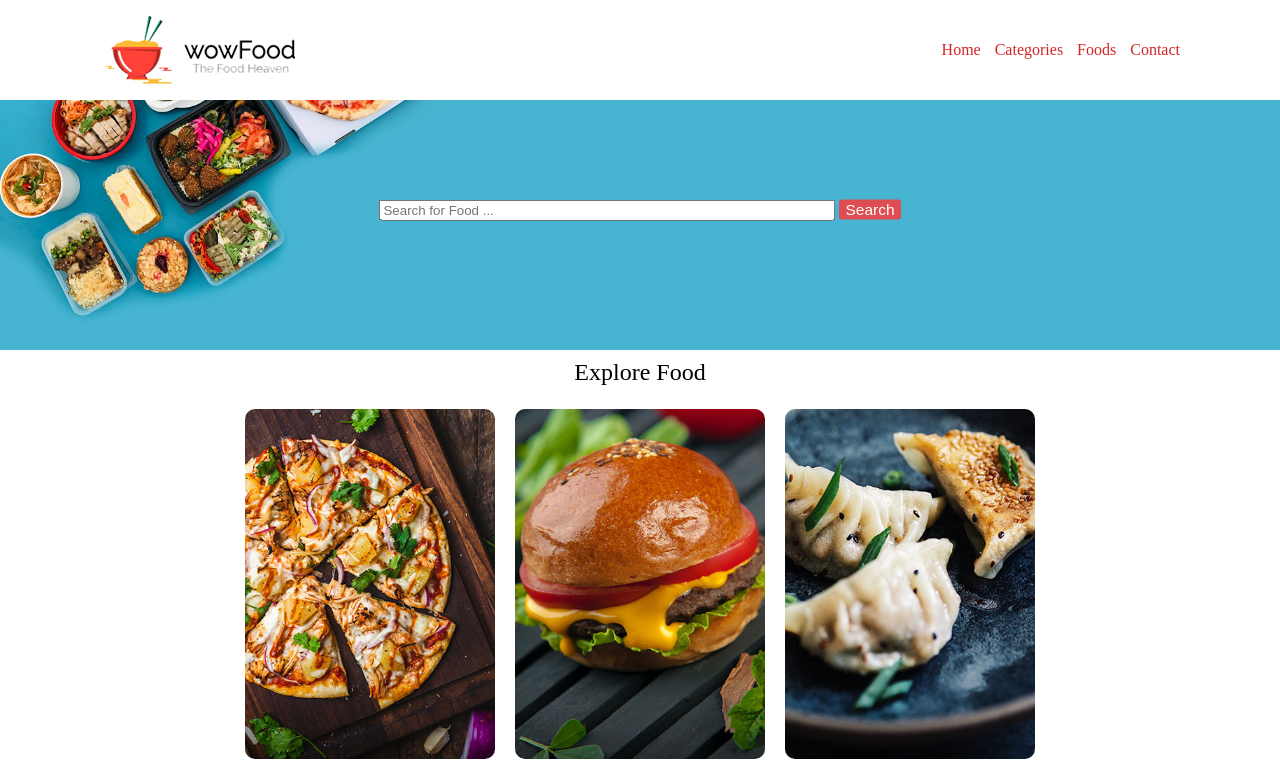
Repository: ruaruababa/WowFood
Page: index.html
These files come from the project's save history. The page is drawn as it stood at one moment and after the next save; the edit follows.
The browser window is 1280 px wide. The pictures show the whole page.

Above is the page before, as saved 2021-09-17 23:15:14.

After the next save:
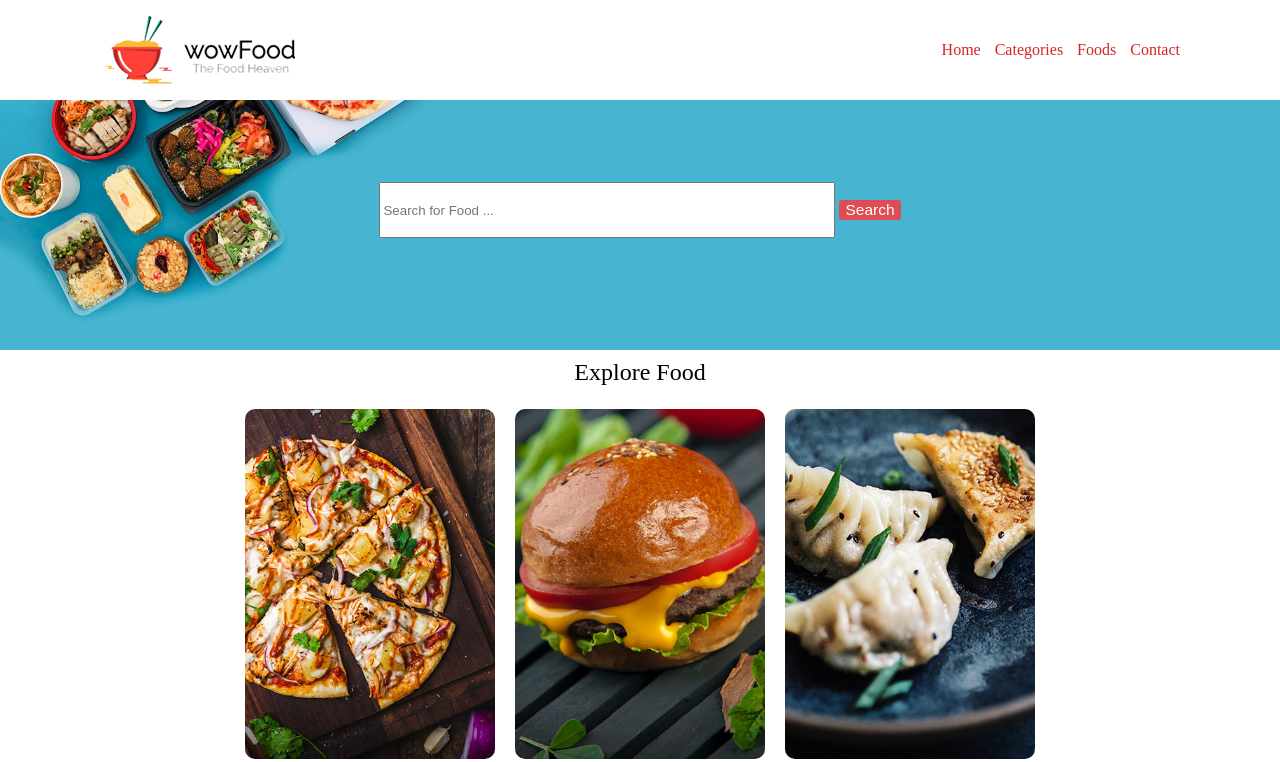
Saved 9 s later.
--- a/style.css
+++ b/style.css
@@ -55,7 +55,7 @@ nav{
 }
 .input-search{
     width: 35%;
-    height: 10%;
+    height: 50px;
 }
 .btn-search{
     background-color: rgba(250, 59, 59, 0.849);
